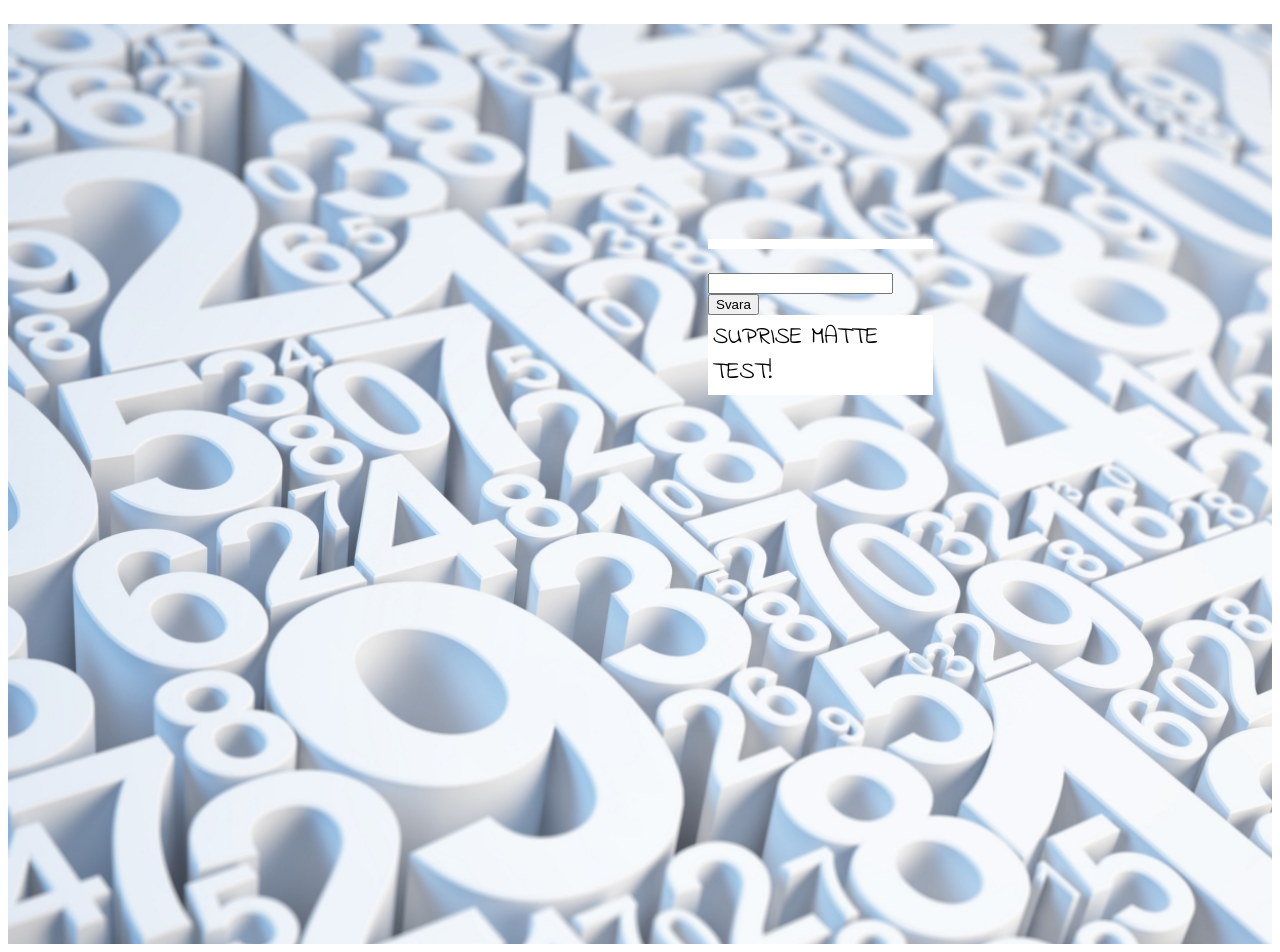
Repository: lw222gz/1dv403-laborationer-lw222gz
Page: 4-thequiz/index.html
The author's editor kept a record of every edit. The page is drawn from the files as they stood at one moment, then again after the next edit.
The browser window is 1280 px wide. The pictures show the whole page.
The page's requests for data from a server got no answer.

Above is the page before.

### 4-thequiz/index.html
<!DOCTYPE html>
<html lang="sv">
    <head>
        <title>The quiz</title>
        <meta charset="utf-8" />
        <link rel="stylesheet" href="style.css" />
        <link href='http://fonts.googleapis.com/css?family=Indie+Flower' rel='stylesheet' type='text/css'>
    </head>
<body>
    <div id="container">
        <div id="board">
            <p id="question"></p>
            <input type="text" id="svar"/>
            <input id="button" type="submit" value="Svara"/>
            <div id="questionStatus">SUPRISE MATTE TEST!</div>
        </div>
    </div>
    <script src="quiz.js"></script>
</body>
</html>

### 4-thequiz/style.css
#container{
    margin-top:0;
    width:100%;
    height:920px;
    background-image:url(numbers.jpg);
    background-size:1650px;
    background-repeat:no-repeat;
}
#board{
    position:relative;
    left:700px;
    top:215px;
    width:235px;
    height:65px;
}
#question{
    font-family: 'Indie Flower', cursive;
    font-size:24px;
    width:215px;
    height:auto;
    padding:5px;
    background-color:white;
}
#questionStatus{
    font-family: 'Indie Flower', cursive;
    font-size:24px;
    width:215px;
    height:auto;
    padding:5px;
    background-color:white;
}

html{
    padding:0;
}

### 4-thequiz/quiz.js
"use strict";

var quiz = {
    init:function(){
        quiz.renderQuestion("http://vhost3.lnu.se:20080/question/1")
    },

    renderQuestion: function(url){

        var serverQuestion = document.getElementById("question");
        var XHR = new XMLHttpRequest();
        var input = document.getElementById("svar");
        input.value = "";

        XHR.onreadystatechange = function(){
            if (XHR.readyState === 4 && XHR.status === 200)
            {
                var serverObj = JSON.parse(XHR.responseText);
                serverQuestion.innerHTML = serverObj.question;

                document.getElementById("button").addEventListener("click", function(e){
                    if (input.value !== "")
                    {
                        quiz.answerQuestion(input.value, serverObj.nextURL)
                    }
                    else
                    {
                        e.preventDefault();
                    }
                })
                document.getElementById("svar").addEventListener("keydown", function(e) {
                    if (e.keyCode === 13)
                    {
                        if (input.value !== "")
                        {
                            quiz.answerQuestion(input.value, serverObj.nextURL)
                        }
                        else
                        {
                            e.preventDefault();
                        }
                    }
                })
            }
        }
        XHR.open("GET",url , true)
        XHR.send(null)

    },

    answerQuestion: function(answer, url){
        var xhr1 = new XMLHttpRequest();
        var i;
        xhr1.onreadystatechange = function(){
             if (xhr1.readyState === 4)
             {
                var response = JSON.parse(xhr1.responseText);
                if (response.message === "Correct answer!")
                {

                    if (response.nextURL !== undefined)
                    {
                        tryArr.push(quiz.Tries)
                        quiz.renderQuestion(response.nextURL)
                        document.getElementById("questionStatus").innerHTML = "Rätt svar!"
                        console.log(quiz.tryArray)
                    }
                    else
                    {

                        document.getElementById("questionStatus").innerHTML = "Du klara dig! Resultat:"
                        document.getElementById("button").disabled = true;
                        document.getElementById("svar").value = "";
                        document.getElementById("svar").disabled = true;
                        for (i = 1; i < quiz.tryArray.length + 1; i +=1)
                        {
                            var pTag = document.createElement("p")
                            pTag.innerHTML = "Fråga "+i+": "+tryArr[i-1]+" försök"
                            document.getElementById("questionStatus").appendChild(pTag);
                        }
                    }
                }
                else
                {
                    Tries += 1;
                    document.getElementById("svar").value = "";
                    console.log(quiz.tryArray)
                    document.getElementById("questionStatus").innerHTML = "Fel svar!"
                }
            }
        }
        var sendAnswer = JSON.stringify({answer: answer})
        xhr1.open("POST",url , true)
        xhr1.setRequestHeader("Content-type", "application/json")
        xhr1.send(sendAnswer)
    },
}
window.onload = quiz.init;

After the next edit:
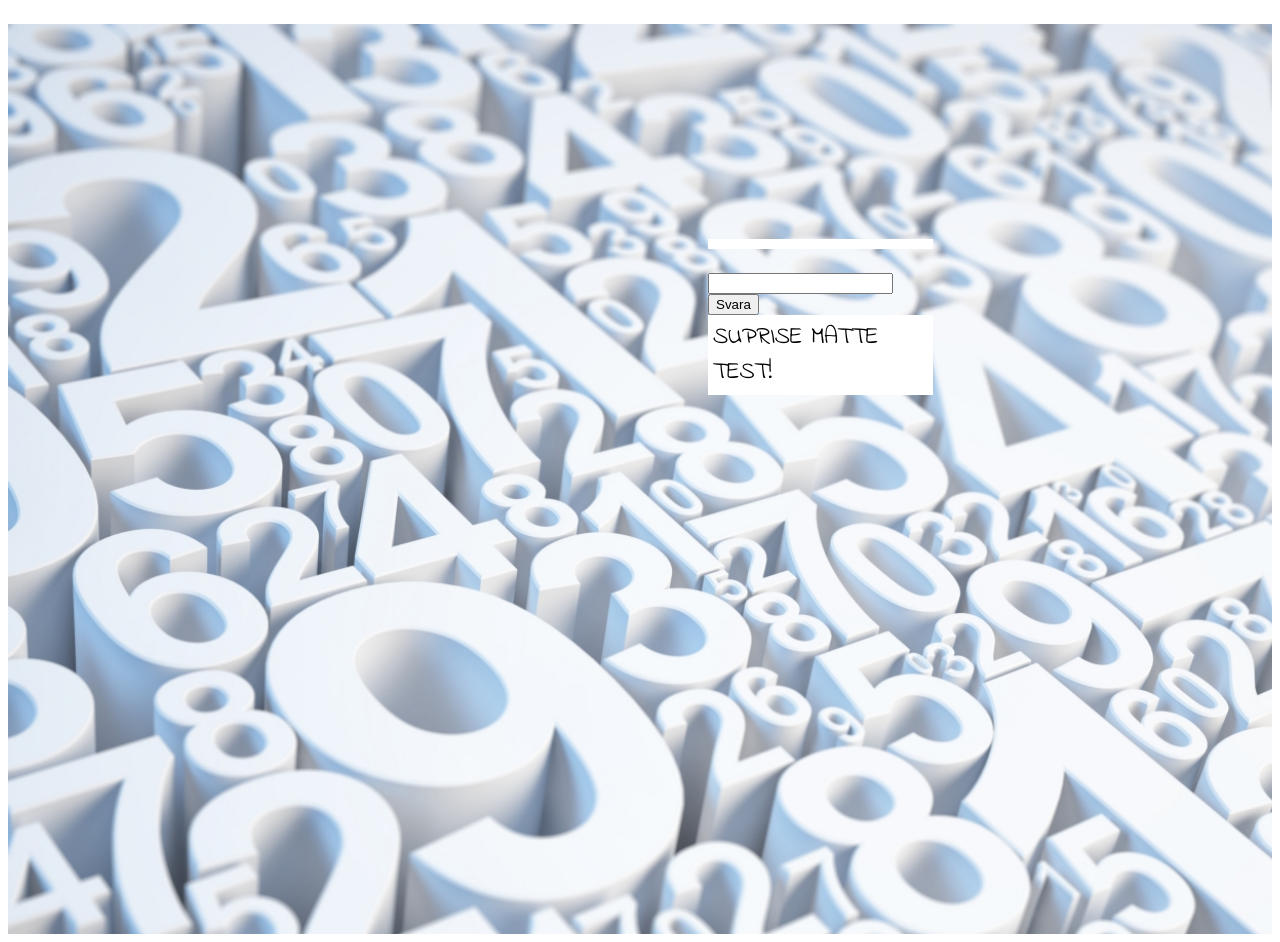
The edit:
--- a/4-thequiz/style.css
+++ b/4-thequiz/style.css
@@ -1,7 +1,7 @@
 #container{
     margin-top:0;
     width:100%;
-    height:920px;
+    height:910px;
     background-image:url(numbers.jpg);
     background-size:1650px;
     background-repeat:no-repeat;
